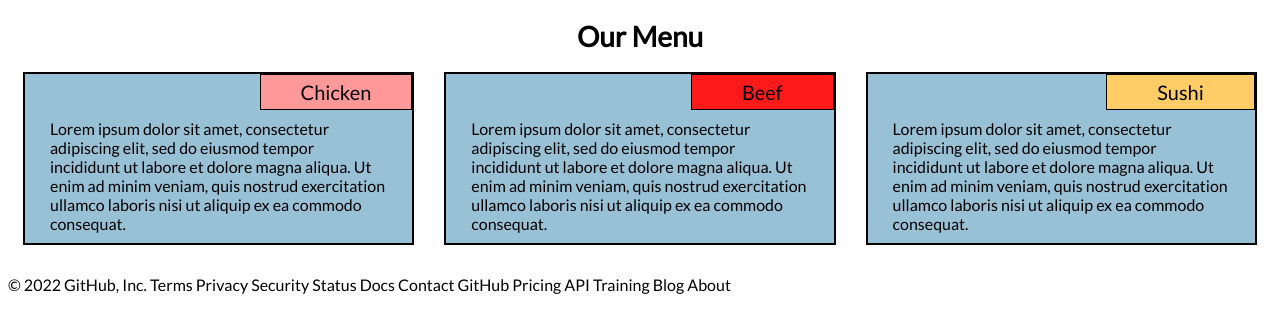
Repository: MonsterMark/Coding-Assignment
Page: site/index.html
An editor plug-in stored every save of this project. The page is shown before and after the next save, followed by the edit.
The browser window is 1280 px wide. The pictures show the whole page.

Above is the page before, as saved 2022-01-10 17:03:57.

### site/index.html
<!DOCTYPE html>
<html>
<head>
<meta charset="utf-8">
 <meta name="viewport" content="width=device-width, initial-scale=1">

<title>Module 2</title>
<link rel="stylesheet" href="css/style.css">
<link href="https://fonts.googleapis.com/css?family=Lato" rel="stylesheet">
</head>

  <body>
    <h1>Our Menu</h1>
<div class="row">
  <div class="col-lg-4 col-md-6">
	<div id="box">
		<p id="chicken">Chicken</p>
		<p>Lorem ipsum dolor sit amet, consectetur adipiscing elit, sed do eiusmod tempor incididunt ut labore et dolore magna aliqua. Ut enim ad minim veniam, quis nostrud exercitation ullamco laboris nisi ut aliquip ex ea commodo consequat.
		</p>
	</div>
  </div>
  <div class="col-lg-4 col-md-6">
	<div id="box">
		<p id="beef">Beef</p>
		<p>Lorem ipsum dolor sit amet, consectetur adipiscing elit, sed do eiusmod tempor incididunt ut labore et dolore magna aliqua. Ut enim ad minim veniam, quis nostrud exercitation ullamco laboris nisi ut aliquip ex ea commodo consequat.
		</p>
	</div>
  </div>
  <div class="col-lg-4 col-md-12">
	<div id="box">
		<p id="sushi">Sushi</p>
		<p>Lorem ipsum dolor sit amet, consectetur adipiscing elit, sed do eiusmod tempor incididunt ut labore et dolore magna aliqua. Ut enim ad minim veniam, quis nostrud exercitation ullamco laboris nisi ut aliquip ex ea commodo consequat.
		</p>
	</div>
  </div>
</div>
    <footer>
    </footer>
  </body>
</html>
© 2022 GitHub, Inc.
Terms
Privacy
Security
Status
Docs
Contact GitHub
Pricing
API
Training
Blog
About

### site/css/style.css
* {
    box-sizing: border-box;
  }

  body {
      font-family: 'Lato', sans-serif;
      background-color: white;
  }

  h1 {
    font-size: 175%;
    text-align: center;
  }


  #box {
    border: 2px solid black;
    background-color: #99c1d6;
    margin-right: 15px;
    margin-left: 15px;
    margin-bottom: 30px;

  }

  p#chicken {
      background-color: #ff9999;
      font-size: 125%;
      float: right;
      border: 1px solid black;
      padding: 5px 40px 5px 40px;
      position: top-right;
      margin-top: 0px;
      margin-right: 0px;

  }

  p#beef {
      background-color: #ff1a1a;
      font-size: 125%;
      float: right;
      border: 1px solid black;
      padding: 5px 50px 5px 50px;
      position: top-right;
      margin-top: 0px;
      margin-right: 0px;

  }

  p#sushi {
      background-color: #ffcc66;
      font-size: 125%;
      float: right;
      border: 1px solid black;
      padding: 5px 50px 5px 50px;
      position: top-right;
      margin-top: 0px;
      margin-right: 0px;

  }

  p {
    font-size: 100%;
    padding: 5px;
    margin-top: 40px;
    margin-left: 20px;
    margin-right: 20px;
    margin-bottom: 5px;
  }

  /* Simple Responsive Framework. */
  .row {
    width: 100%;
  }
  /********** Large devices only **********/
  @media (min-width: 992px) {

    .col-lg-1, .col-lg-2, .col-lg-3, .col-lg-4, .col-lg-5, .col-lg-6, .col-lg-7, .col-lg-8, .col-lg-9, .col-lg-10, .col-lg-11, .col-lg-12 {
      float: left;
    }
    .col-lg-1 {
      width: 8.33%;
    }
    .col-lg-2 {
      width: 16.66%;
    }
    .col-lg-3 {
      width: 25%;
    }
    .col-lg-4 {
      width: 33.33%;
    }
    .col-lg-5 {
      width: 41.66%;
    }
    .col-lg-6 {
      width: 50%;
    }
    .col-lg-7 {
      width: 58.33%;
    }
    .col-lg-8 {
      width: 66.66%;
    }
    .col-lg-9 {
      width: 74.99%;
    }
    .col-lg-10 {
      width: 83.33%;
    }
    .col-lg-11 {
      width: 91.66%;
    }
    .col-lg-12 {
      width: 100%;
    }
  }
  /********** Medium devices only **********/
  @media (min-width: 768px) and (max-width: 991px) {

    .col-md-1, .col-md-2, .col-md-3, .col-md-4, .col-md-5, .col-md-6, .col-md-7, .col-md-8, .col-md-9, .col-md-10, .col-md-11, .col-md-12 {
      float: left;
    }
    .col-md-1 {
      width: 8.33%;
    }
    .col-md-2 {
      width: 16.66%;
    }
    .col-md-3 {
      width: 25%;
    }
    .col-md-4 {
      width: 33.33%;
    }
    .col-md-5 {
      width: 41.66%;
    }
    .col-md-6 {
      width: 50%;
    }
    .col-md-7 {
      width: 58.33%;
    }
    .col-md-8 {
      width: 66.66%;
    }
    .col-md-9 {
      width: 74.99%;
    }
    .col-md-10 {
      width: 83.33%;
    }
    .col-md-11 {
      width: 91.66%;
    }
    .col-md-12 {
      width: 100%;
    }
  }
  © 2022 GitHub, Inc.
  Terms
  Privacy
  Security
  Status
  Docs
  Contact GitHub
  Pricing
  API
  Training
  Blog
  About

After the next save:
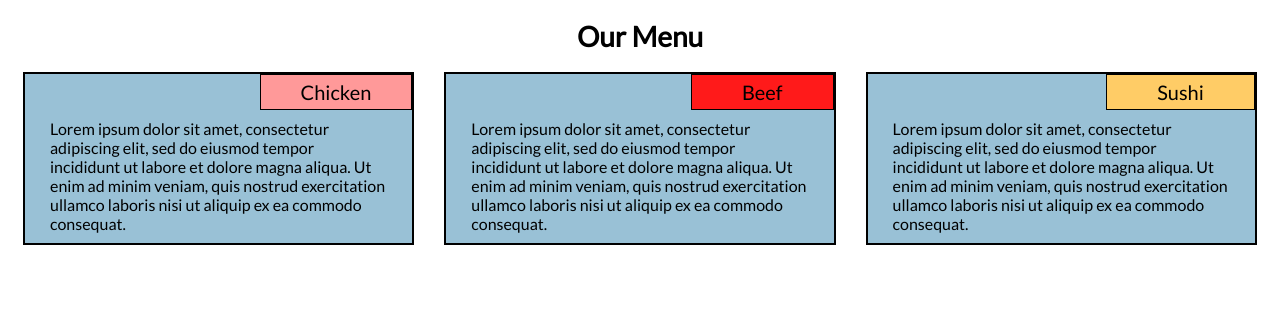
Saved 17 h 47 min later.
--- a/site/index.html
+++ b/site/index.html
@@ -38,15 +38,3 @@
     </footer>
   </body>
 </html>
-© 2022 GitHub, Inc.
-Terms
-Privacy
-Security
-Status
-Docs
-Contact GitHub
-Pricing
-API
-Training
-Blog
-About
